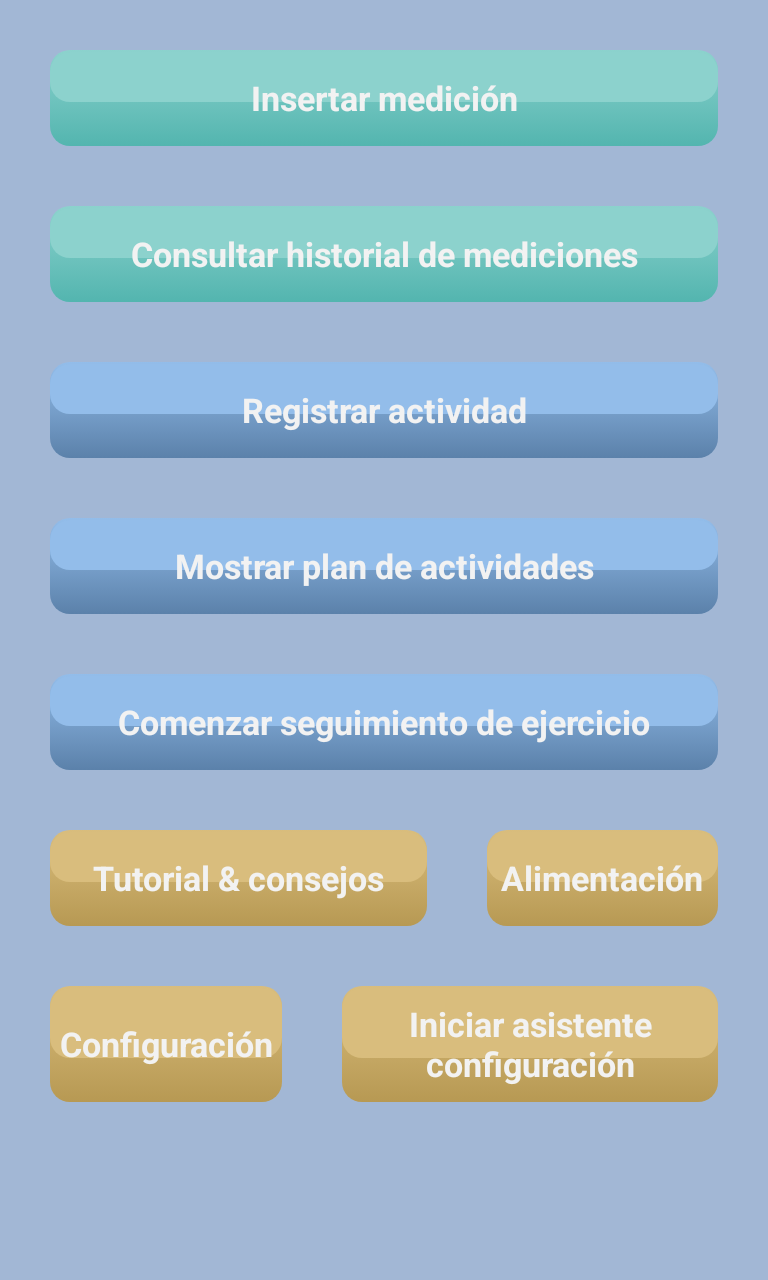
Repository: HectorGarciaMiguel/ssii-diabetes-060036
Layout: SeguimientoDiabetes/res/layout/activity_principal.xml
The author's editor kept a copy of each file at every save. The layout is drawn from the files as they stood at one save, then again after the next save.
It is drawn on a 768 x 1280 px phone screen (xhdpi) without system bars, with theme AppTheme; the app's code is not run.

Above is the layout before, as saved 2015-11-20 21:07:16.

### SeguimientoDiabetes/res/layout/activity_principal.xml
<ScrollView xmlns:android="http://schemas.android.com/apk/res/android"
    xmlns:tools="http://schemas.android.com/tools"
    android:layout_width="fill_parent"
    android:layout_height="fill_parent"

    tools:context="com.example.seguimientodiabetes.PrincipalActivity"  >

<LinearLayout
    android:layout_width="fill_parent"
    android:layout_height="wrap_content"
	android:orientation="vertical"
	android:layout_margin="10dp"
	 	android:fillViewport="true">

		<LinearLayout
		        android:layout_width="fill_parent"
		        android:layout_height="fill_parent">

		    <Button
		        android:id="@+id/button1"
		        style="@style/Boton"
		        android:background="@drawable/mibotonverde"
		        android:onClick="pasarInsertarMedicionActivity"
		        android:text="Insertar medición" />
		</LinearLayout>

		<LinearLayout
		        android:layout_width="fill_parent"
		        android:layout_height="fill_parent">

		    <Button
		        android:id="@+id/button2"
		        style="@style/Boton"
		        android:background="@drawable/mibotonverde"
		        android:onClick="pasarHistorialMedicionActivity"
		        android:text="Consultar historial de mediciones" />
		</LinearLayout>

		<LinearLayout
		        android:layout_width="fill_parent"
		        android:layout_height="fill_parent" >

		    <Button
		        android:id="@+id/button3"
		        style="@style/Boton"
		        android:background="@drawable/mibotonazul"
		        android:onClick="lanzarRegistrarActividad"
		        android:text="Registrar actividad" />
		</LinearLayout>

		<LinearLayout
		        android:layout_width="fill_parent"
		        android:layout_height="fill_parent">

		     <Button
		         android:id="@+id/button4"
		         style="@style/Boton"
		         android:background="@drawable/mibotonazul"
		         android:onClick="pasarOpcionesMostrarActividadesActivity"
		         android:text="Mostrar plan de actividades" />

		</LinearLayout>

		<LinearLayout
		        android:layout_width="fill_parent"
		        android:layout_height="fill_parent">

		     <Button
		        android:id="@+id/button6"
		        style="@style/Boton"
		        android:background="@drawable/mibotonazul"
		        android:text="Comenzar seguimiento de ejercicio" />

		</LinearLayout>

		<LinearLayout
		        android:layout_width="fill_parent"
		        android:layout_height="fill_parent">

		     <Button
		        android:id="@+id/button8"
		        style="@style/Boton"
		        android:layout_weight="4"
		        android:background="@drawable/mibotonnaranja"
		        android:text="Tutorial &amp; consejos" />

		     <Button
		        android:id="@+id/button7"
		        style="@style/Boton"
		        android:layout_weight="6"
		        android:background="@drawable/mibotonnaranja"
		        android:text="Alimentación" />

		</LinearLayout>

		<LinearLayout
		        android:layout_width="fill_parent"
		        android:layout_height="fill_parent">

		     <Button
			    android:id="@+id/button9"
		        style="@style/Boton"
		        android:layout_weight="6"
		        android:background="@drawable/mibotonnaranja"
			    android:text="Configuración" />

		     <Button
		        android:id="@+id/button5"
		        style="@style/Boton"
		        android:layout_weight="4"
		        android:background="@drawable/mibotonnaranja"
		        android:onClick="pasarConfiguracion"
		        android:text="Iniciar asistente configuración" />

		</LinearLayout>


</LinearLayout>
</ScrollView>

### SeguimientoDiabetes/res/drawable/mibotonverde.xml
<?xml version="1.0" encoding="utf-8"?>
<selector xmlns:android="http://schemas.android.com/apk/res/android" >

 <item android:state_pressed="true">
     <layer-list >
       <item >
           <shape android:shape="rectangle">
            <gradient
  				  android:startColor="#104849"
                  android:endColor="#0B393A"
                  android:angle="-90"
                  android:type="linear"
                  />
            <corners android:radius="10dp" />
            </shape>
            </item>
            <item android:top="1dp" android:bottom="22dp" >
 	 <shape android:shape="rectangle">
  				<solid android:color="#104849"/>
              <corners android:radius="10dp" />

            </shape>
      </item>
      </layer-list>
  </item>




<item android:state_focused="true">
     <layer-list >
       <item >
           <shape android:shape="rectangle">
            <gradient
  				  android:startColor="#104849"
                  android:endColor="#0B393A"
                  android:angle="-90"
                  android:type="linear"
                  />
            <corners android:radius="10dp" />
            </shape>
            </item>
            <item android:top="1dp" android:bottom="50px" >
  <shape android:shape="rectangle">
  <solid android:color="#104849"/>
              <corners android:radius="10dp" />

            </shape>
      </item>
      </layer-list>
  </item>







 <item>
     <layer-list >
       <item >
           <shape android:shape="rectangle">
            <gradient
  				  android:startColor="#8CD2CD"
                  android:endColor="#53B5AF"
                  android:angle="-90"
                  android:type="linear"
                  />
			<corners android:radius="10dp" />
			</shape>
        </item>
        <item android:top="1dp" android:bottom="22dp" >
  			<shape android:shape="rectangle">
  			<solid android:color="#8CD2CD"/>
       			<corners android:radius="10dp" />
           </shape>
      </item>
      </layer-list>
  </item>
</selector>

### SeguimientoDiabetes/res/drawable/mibotonazul.xml
<?xml version="1.0" encoding="utf-8"?>
<selector xmlns:android="http://schemas.android.com/apk/res/android" >

 <item android:state_pressed="true">
     <layer-list >
       <item >
           <shape android:shape="rectangle">
            <gradient
  				  android:startColor="#29527C"
                  android:endColor="#112A44"
                  android:angle="-90"
                  android:type="linear"
                  />
            <corners android:radius="10dp" />
            </shape>
            </item>
            <item android:top="1dp" android:bottom="22dp" >
 	 <shape android:shape="rectangle">
  				<solid android:color="#29527C"/>
              <corners android:radius="10dp" />

            </shape>
      </item>
      </layer-list>
  </item>




<item android:state_focused="true">
     <layer-list >
       <item >
           <shape android:shape="rectangle">
            <gradient
  				  android:startColor="#29527C"
                  android:endColor="#112A44"
                  android:angle="-90"
                  android:type="linear"
                  />
            <corners android:radius="10dp" />
            </shape>
            </item>
            <item android:top="1dp" android:bottom="50px" >
  <shape android:shape="rectangle">
  <solid android:color="#29527C"/>
              <corners android:radius="10dp" />

            </shape>
      </item>
      </layer-list>
  </item>







 <item>
     <layer-list >
       <item >
           <shape android:shape="rectangle">
            <gradient
  				  android:startColor="#93BDEA"
                  android:endColor="#5B81AA"
                  android:angle="-90"
                  android:type="linear"
                  />
			<corners android:radius="10dp" />
			</shape>
        </item>
        <item android:top="1dp" android:bottom="22dp" >
  			<shape android:shape="rectangle">
  			<solid android:color="#93BDEA"/>
       			<corners android:radius="10dp" />
           </shape>
      </item>
      </layer-list>
  </item>
</selector>

### SeguimientoDiabetes/res/drawable/mibotonnaranja.xml
<?xml version="1.0" encoding="utf-8"?>
<selector xmlns:android="http://schemas.android.com/apk/res/android" >

 <item android:state_pressed="true">
     <layer-list >
       <item >
           <shape android:shape="rectangle">
            <gradient
  				  android:startColor="#A08648"
                  android:endColor="#806830"
                  android:angle="-90"
                  android:type="linear"
                  />
            <corners android:radius="10dp" />
            </shape>
            </item>
            <item android:top="1dp" android:bottom="22dp" >
 	 <shape android:shape="rectangle">
  				<solid android:color="#A08648"/>
              <corners android:radius="10dp" />

            </shape>
      </item>
      </layer-list>
  </item>




<item android:state_focused="true">
     <layer-list >
       <item >
           <shape android:shape="rectangle">
            <gradient
  				  android:startColor="#A08648"
                  android:endColor="#806830"
                  android:angle="-90"
                  android:type="linear"
                  />
            <corners android:radius="10dp" />
            </shape>
            </item>
            <item android:top="1dp" android:bottom="50px" >
  <shape android:shape="rectangle">
  <solid android:color="#A08648"/>
              <corners android:radius="10dp" />

            </shape>
      </item>
      </layer-list>
  </item>







 <item>
     <layer-list >
       <item >
           <shape android:shape="rectangle">
            <gradient
  				  android:startColor="#D9BD7D"
                  android:endColor="#B79953"
                  android:angle="-90"
                  android:type="linear"
                  />
			<corners android:radius="10dp" />
			</shape>
        </item>
        <item android:top="1dp" android:bottom="22dp" >
  			<shape android:shape="rectangle">
  			<solid android:color="#D9BD7D"/>
       			<corners android:radius="10dp" />
           </shape>
      </item>
      </layer-list>
  </item>
</selector>

Loaded but not shown: SeguimientoDiabetes/res/values/styles.xml (common file); SeguimientoDiabetes/res/values-v11/styles.xml (common file); SeguimientoDiabetes/res/values-v14/styles.xml (common file)

After the next save:
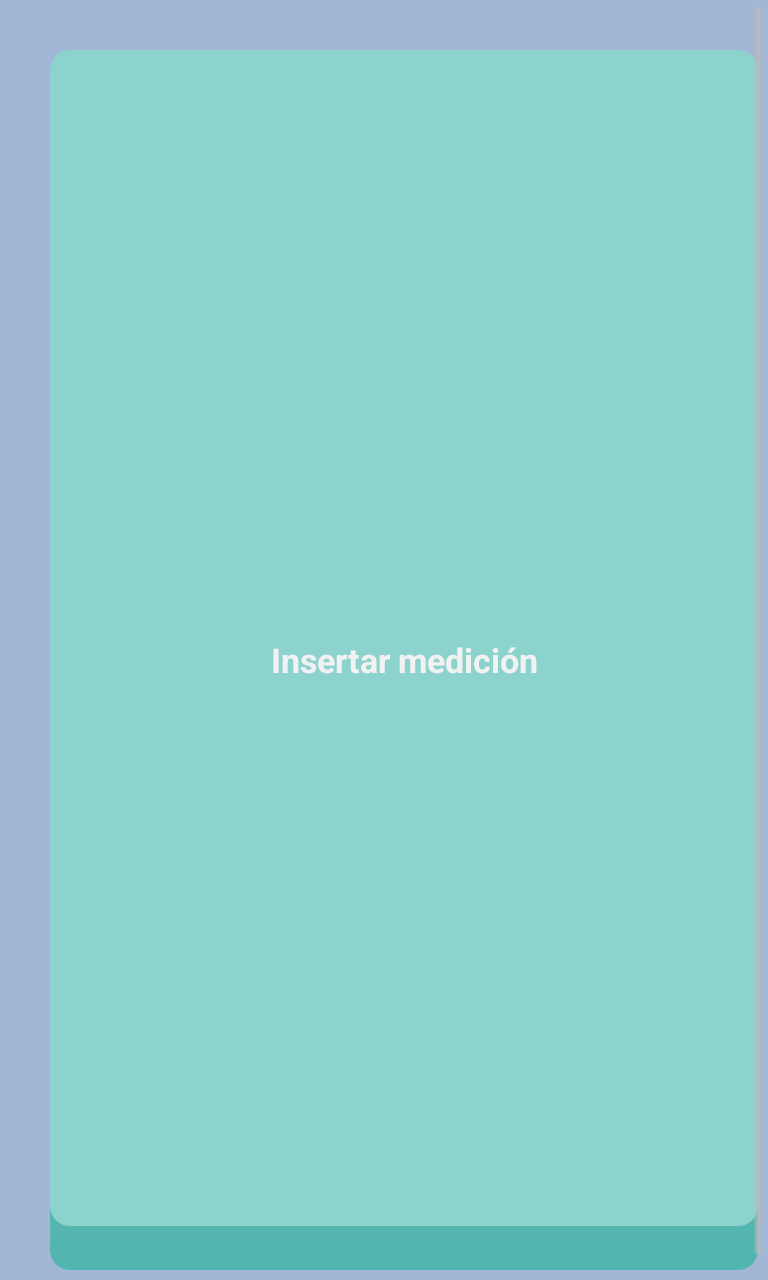
Saved 30 s later.
--- a/SeguimientoDiabetes/res/layout/activity_principal.xml
+++ b/SeguimientoDiabetes/res/layout/activity_principal.xml
@@ -2,15 +2,14 @@
     xmlns:tools="http://schemas.android.com/tools"
     android:layout_width="fill_parent"
     android:layout_height="fill_parent"
-
+ 	android:fillViewport="true"
     tools:context="com.example.seguimientodiabetes.PrincipalActivity"  >
 
 <LinearLayout
     android:layout_width="fill_parent"
     android:layout_height="wrap_content"
 	android:orientation="vertical"
-	android:layout_margin="10dp"
-	 	android:fillViewport="true">
+	android:layout_margin="10dp">
 
 		<LinearLayout
 		        android:layout_width="fill_parent"

After the save that followed:
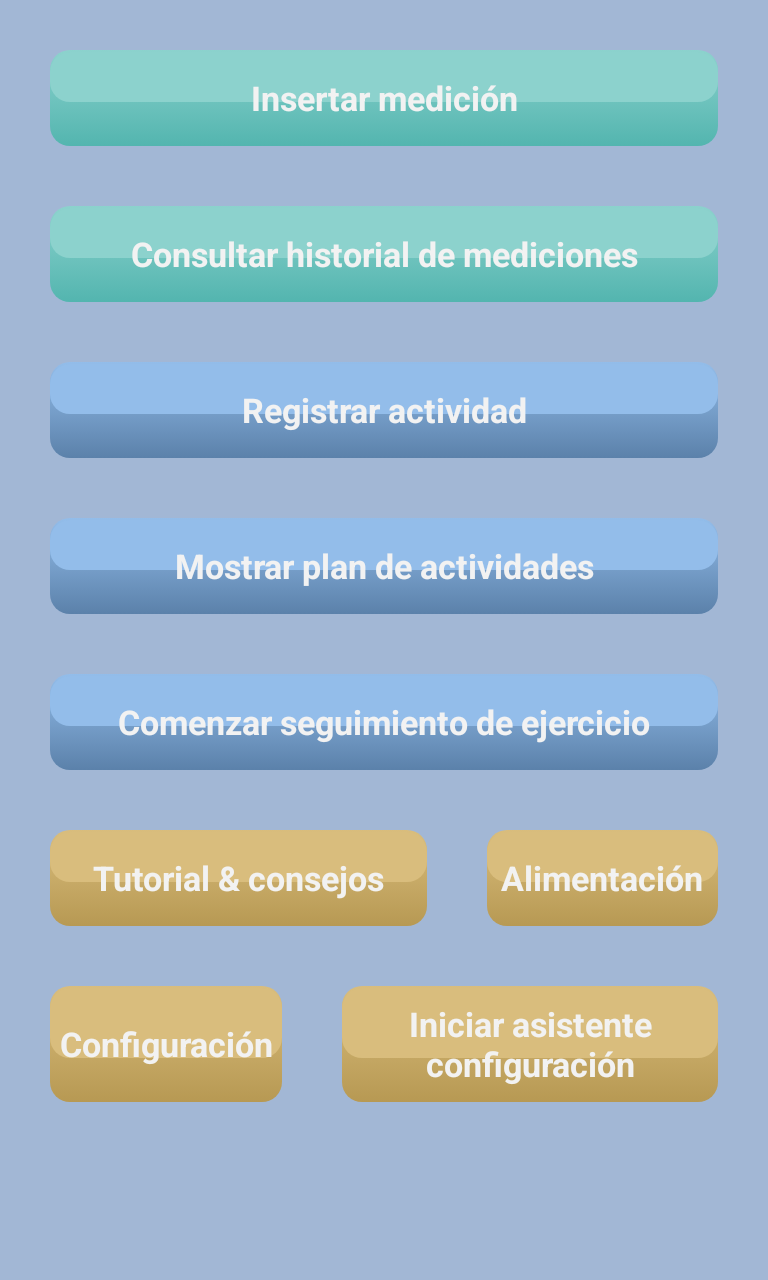
Saved 2 min 54 s later.
--- a/SeguimientoDiabetes/res/layout/activity_principal.xml
+++ b/SeguimientoDiabetes/res/layout/activity_principal.xml
@@ -2,14 +2,15 @@
     xmlns:tools="http://schemas.android.com/tools"
     android:layout_width="fill_parent"
     android:layout_height="fill_parent"
- 	android:fillViewport="true"
     tools:context="com.example.seguimientodiabetes.PrincipalActivity"  >
 
 <LinearLayout
     android:layout_width="fill_parent"
     android:layout_height="wrap_content"
 	android:orientation="vertical"
-	android:layout_margin="10dp">
+	android:layout_margin="10dp"
+	android:fillViewport="true"
+	>
 
 		<LinearLayout
 		        android:layout_width="fill_parent"
